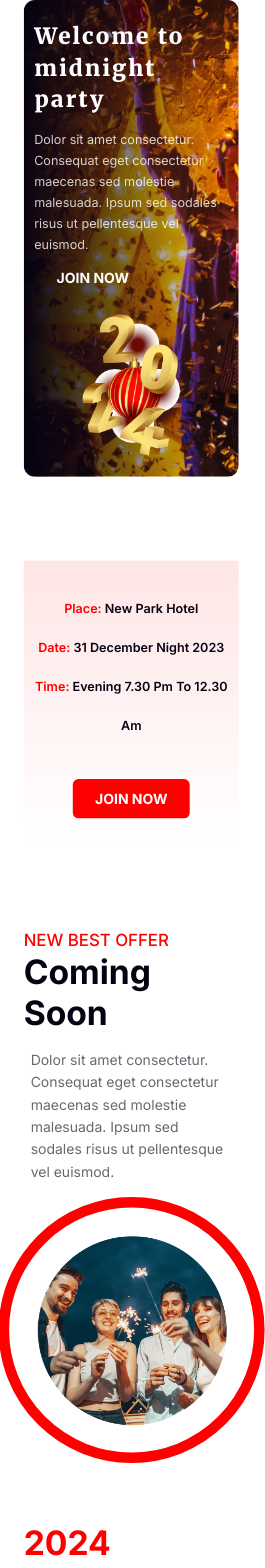
Repository: ShouravAhammed/simple-responsive-new-year
Page: index.html
An editor plug-in stored every save of this project. The page is shown before and after the next save, followed by the edit.
The browser window is 375 px wide. The page is 378 px wide, so the pictures cover 378 px, including what lies to the right of the window. The pictures show the part of the page from y = 0 to 2240 px (the page is 8028 px tall), at 70% of full size.

Above is the page before, as saved 2024-01-11 16:50:17.

After the next save:
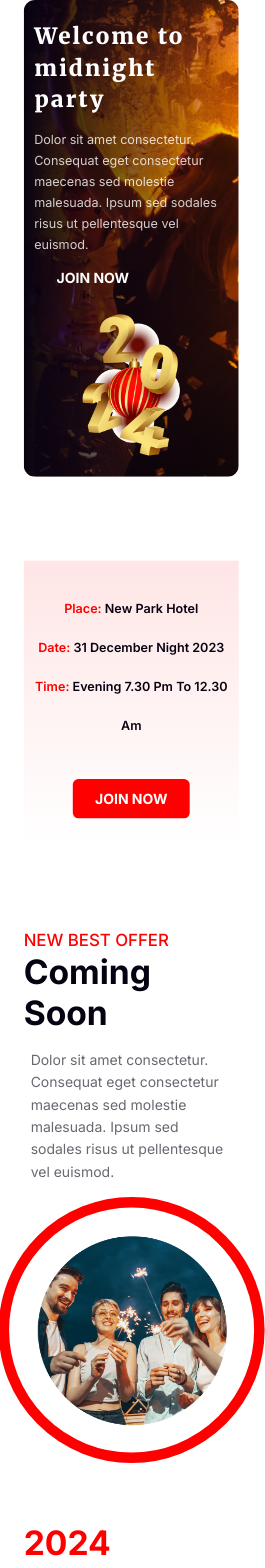
Saved 6 min 28 s later.
--- a/Style/style.css
+++ b/Style/style.css
@@ -504,6 +504,9 @@
         flex-direction: column;
         padding: 30px 15px;
     }
+    .party-container {
+        background-position: 85%;
+    }
     .party-content .party-title {
         font-size: 32px;
         line-height: 45px;
